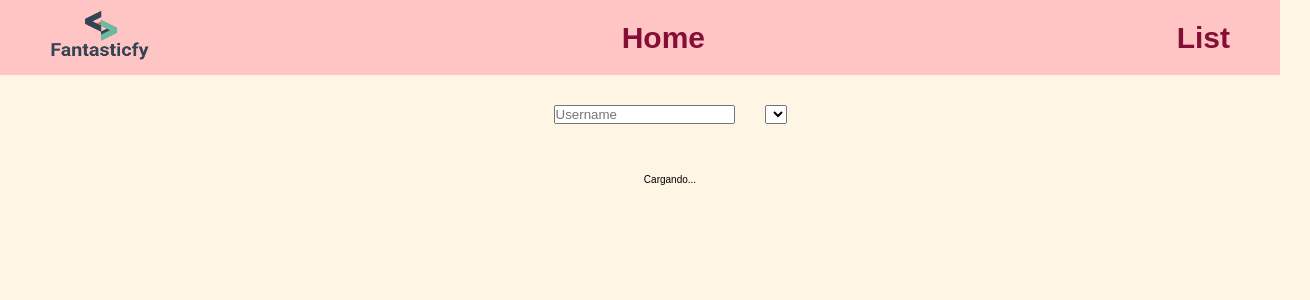
Repository: ChristianGecchelin/fullstack-react-node-fantasticfy
Page: /user-list (app in front/)
An editor plug-in stored every save of this project. The page is shown before and after the next save, followed by the edit.
The browser window is 1280 px wide. The page is 1310 px wide, then 1280 px, so the pictures cover 1310 px, including what lies to the right of the window. The pictures show the whole page.
The page's requests for data from a server got no answer. The project was rebuilt for these pictures with package versions that can differ from the ones it lists, and the page was loaded fresh each time. No one was signed in, and anything a server would have sent is missing. Also part of the build but not shown: front/src/Components/UserCard/index.css, front/src/Components/UserCard/index.jsx, front/src/Pages/UserProfile.jsx, front/src/App.css.

Above is the page before, as saved 2022-09-05 18:05:22.

After the next save:
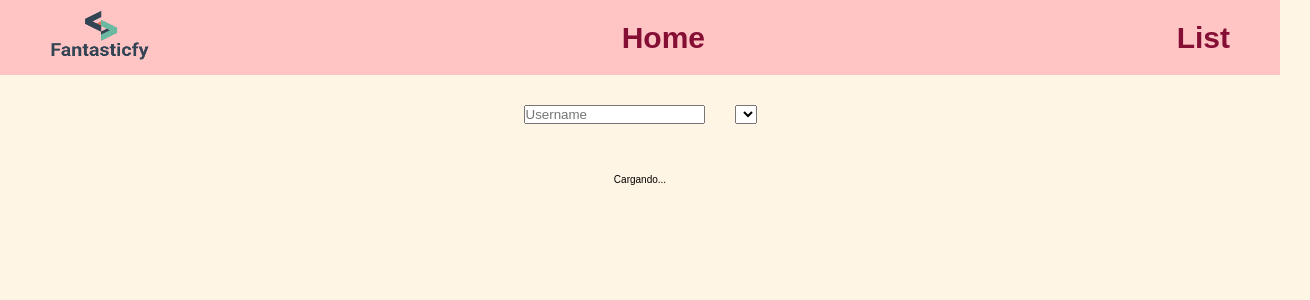
Saved 27 s later.
--- a/front/src/Pages/index.css
+++ b/front/src/Pages/index.css
@@ -11,7 +11,7 @@
     display: flex;
     flex-direction: row;
     gap: 30px;
-    width: 100vw;
+    width: 100%;
     justify-content: center;
 }
 
